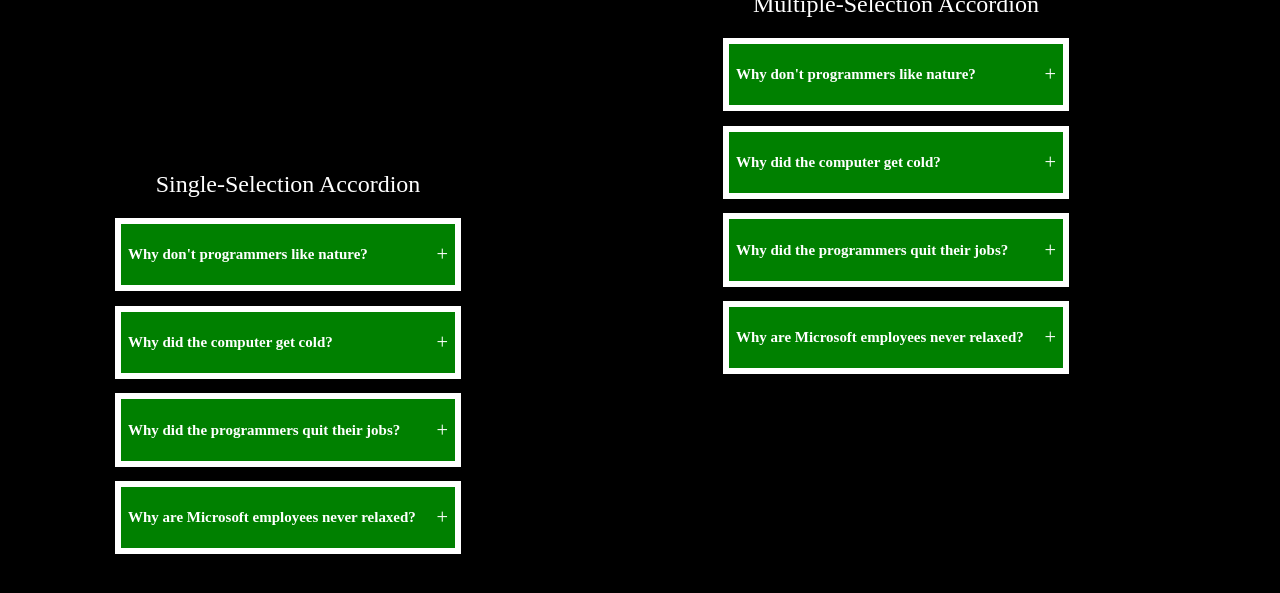
Repository: kosenijr/react-projects
Page: / (app in accordion/)
These files come from the project's save history. The page is drawn as it stood at one moment and after the next save; the edit follows.
The browser window is 1280 px wide. The pictures show the whole page.
The project was rebuilt for these pictures with package versions that can differ from the ones it lists, and the page was loaded fresh each time.

Above is the page before, as saved 2024-03-03 12:53:40.

After the next save:
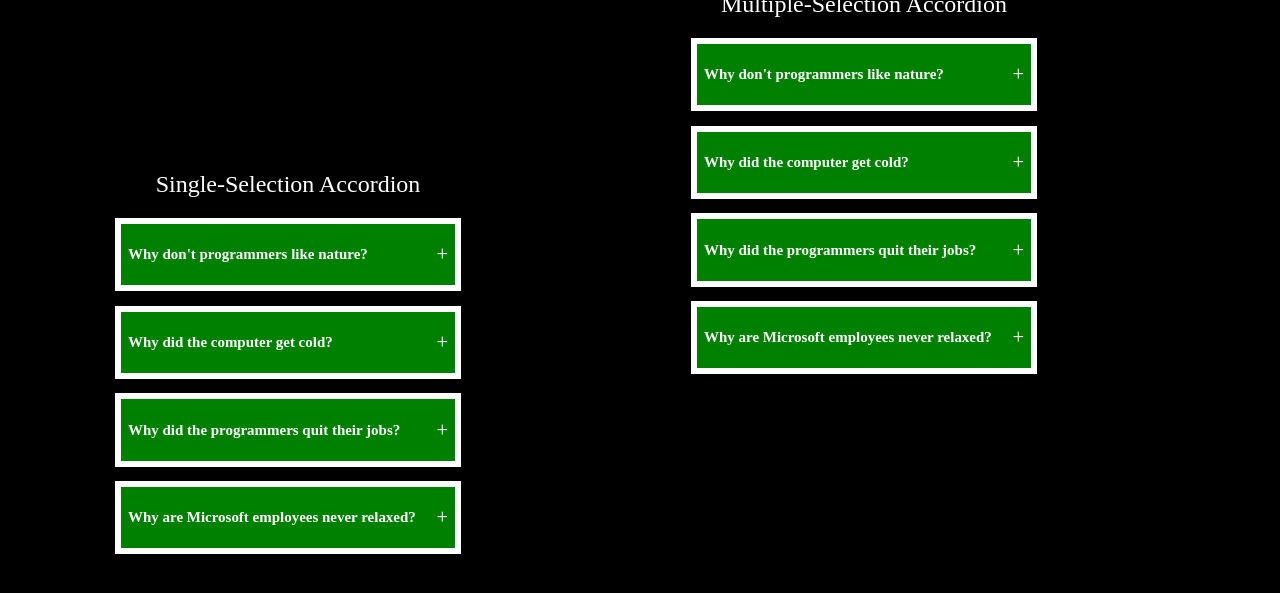
Saved 8 s later.
--- a/accordion/src/styles/MultiSelection.css
+++ b/accordion/src/styles/MultiSelection.css
@@ -3,8 +3,7 @@
   justify-content: space-evenly;
   align-items: center;
   height: 50vh;
-  width: 50vw;
-  float: right;
+  width: 45vw;
 }
 
 .multi-selection-description {
